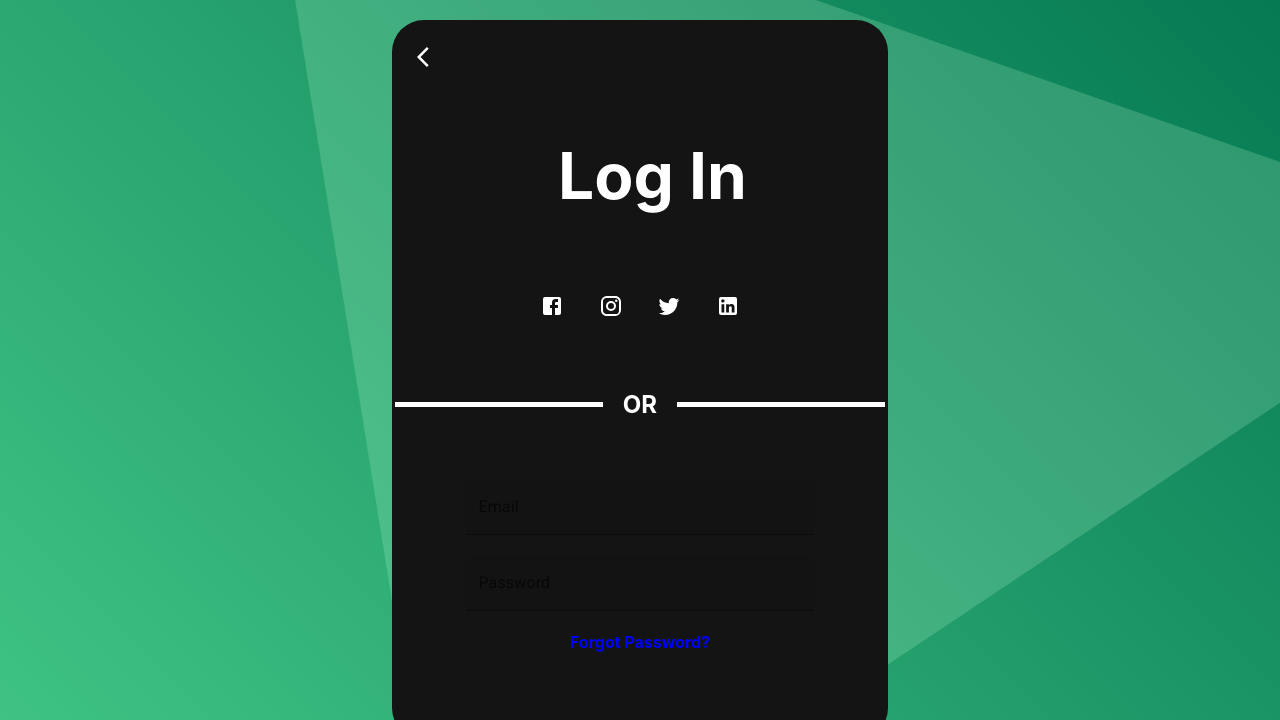
Repository: wilyyy/John
Page: /login (app in john-app/)
An editor plug-in stored every save of this project. The page is shown before and after the next save, followed by the edit.
The browser window is 1280 px wide. The pictures show the whole page.
The project was rebuilt for these pictures with package versions that can differ from the ones it lists, and the page was loaded fresh each time. The framework's server and built-in components were replaced by stand-ins that run in the browser. Also part of the build but not shown: john-app/next.config.js.

Above is the page before, as saved 2021-10-07 22:02:17.

After the next save:
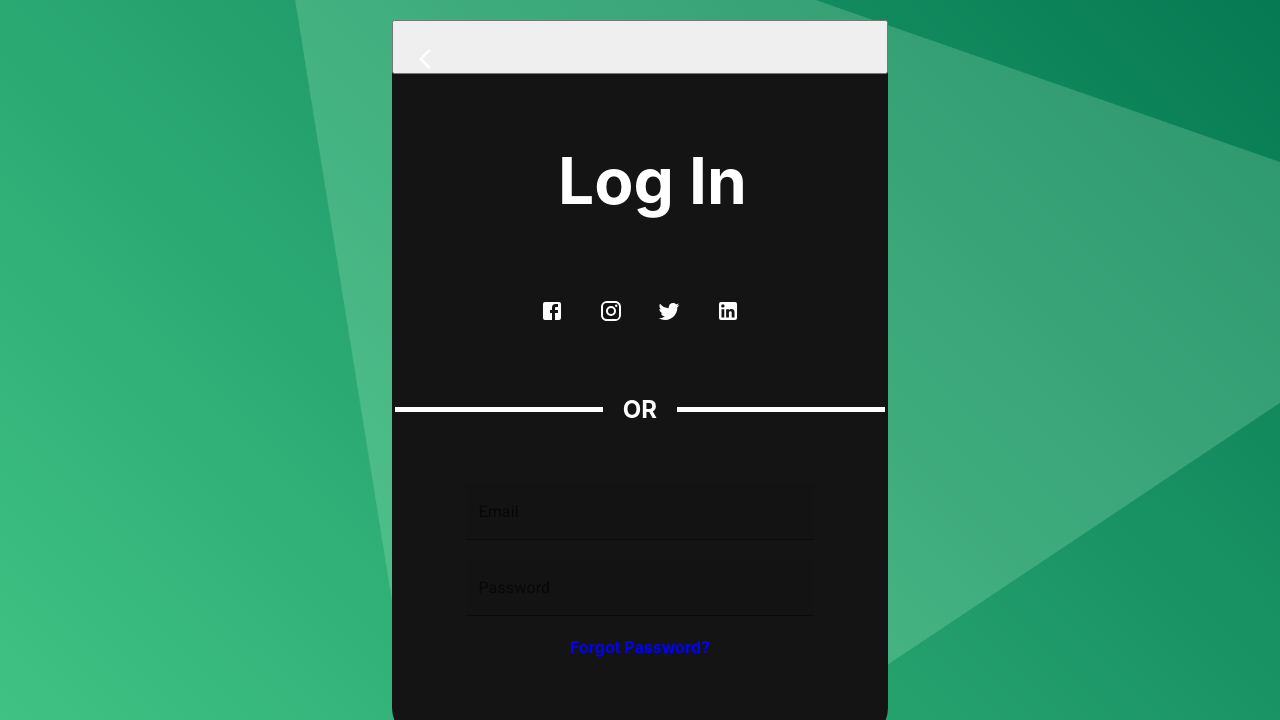
Saved 24 s later.
--- a/john-app/Components/BackButton/index.js
+++ b/john-app/Components/BackButton/index.js
@@ -5,7 +5,7 @@
 
 
 
-const BackButtCont = styled.div`
+const BackButtCont = styled.button`
     display: flex;
     width: 100%;
     justify-content: flex-start;

After the save that followed:
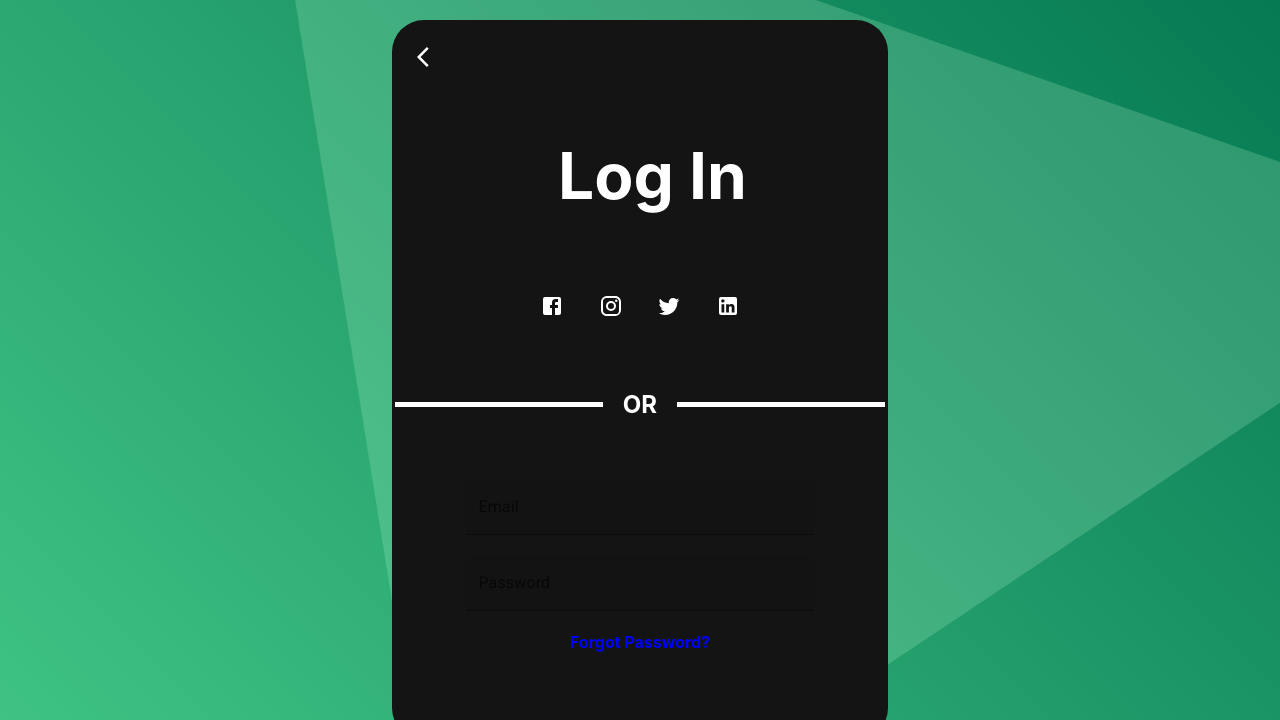
Saved 6 s later.
--- a/john-app/Components/BackButton/index.js
+++ b/john-app/Components/BackButton/index.js
@@ -5,7 +5,7 @@
 
 
 
-const BackButtCont = styled.button`
+const BackButtCont = styled.div`
     display: flex;
     width: 100%;
     justify-content: flex-start;
